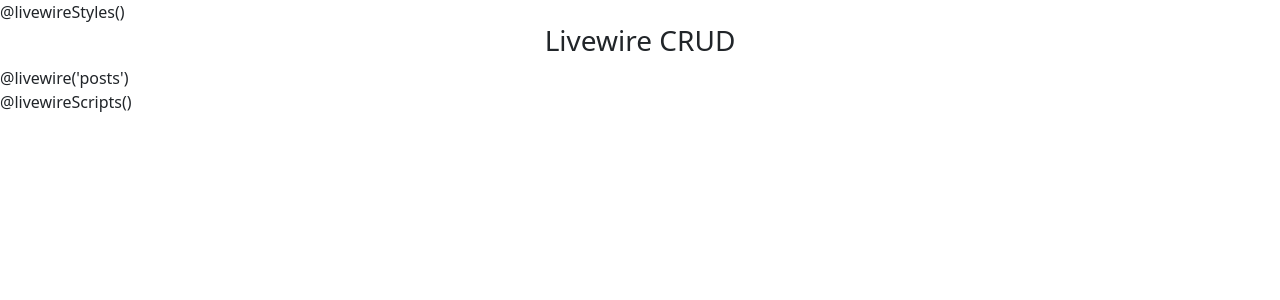
Repository: rkrukshan/Laravel-CRUD-with-Livewire-V-3.0
Page: http://localhost/
An editor plug-in stored every save of this project. The page is shown before and after the next save, followed by the edit.
The browser window is 1280 px wide. The pictures show the whole page.
The page is served by the project's Laravel application, run on PHP 8.4 with Laravel 10.

Above is the page before, as saved 2023-11-13 00:22:22.

After the next save:
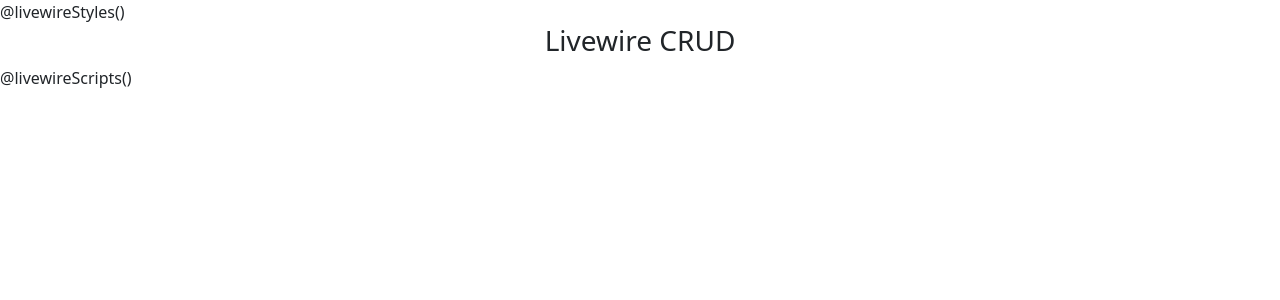
Saved 73 s later.
--- a/resources/views/welcome.blade.php
+++ b/resources/views/welcome.blade.php
@@ -15,7 +15,7 @@
         <center>
             <h3>Livewire CRUD</h3>
         </center>
-        @livewire('posts')
+        {{--  @livewire('posts')  --}}
     </div>
     <script src="https://cdn.jsdelivr.net/npm/bootstrap@5.3.2/dist/js/bootstrap.bundle.min.js"
         integrity="sha384-C6RzsynM9kWDrMNeT87bh95OGNyZPhcTNXj1NW7RuBCsyN/o0jlpcV8Qyq46cDfL" crossorigin="anonymous">

After the save that followed:
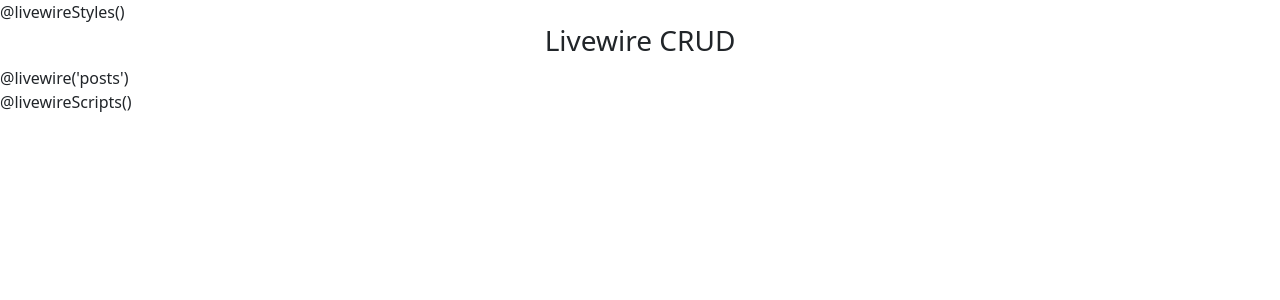
Saved 10 s later.
--- a/resources/views/welcome.blade.php
+++ b/resources/views/welcome.blade.php
@@ -15,7 +15,7 @@
         <center>
             <h3>Livewire CRUD</h3>
         </center>
-        {{--  @livewire('posts')  --}}
+        @livewire('posts')
     </div>
     <script src="https://cdn.jsdelivr.net/npm/bootstrap@5.3.2/dist/js/bootstrap.bundle.min.js"
         integrity="sha384-C6RzsynM9kWDrMNeT87bh95OGNyZPhcTNXj1NW7RuBCsyN/o0jlpcV8Qyq46cDfL" crossorigin="anonymous">
